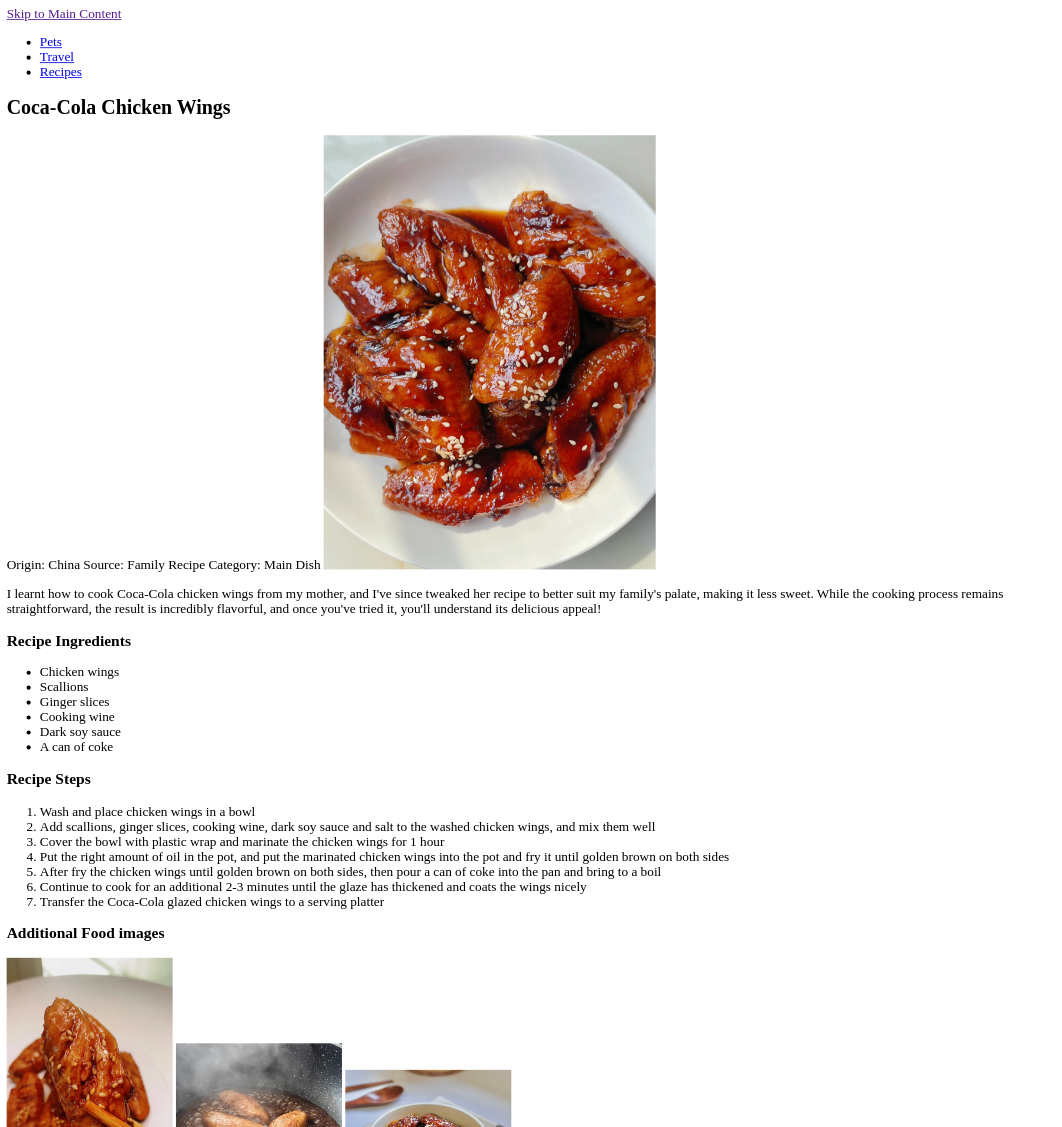
Repository: lulyany/starter_html
Page: recipes.html
The author's editor kept a copy of each file at every save. The page is drawn from the files as they stood at one save, then again after the next save.
The browser window is 1280 px wide. The pictures show the part of the page from y = 0 to 1358 px (the page is 2569 px tall before and 2469 px after), at 83% of full size.
A picture or video elsewhere on the page could not be fetched, so the positions and the page height are approximate.

Above is the page before, as saved 2023-09-16 00:44:30.

After the next save:
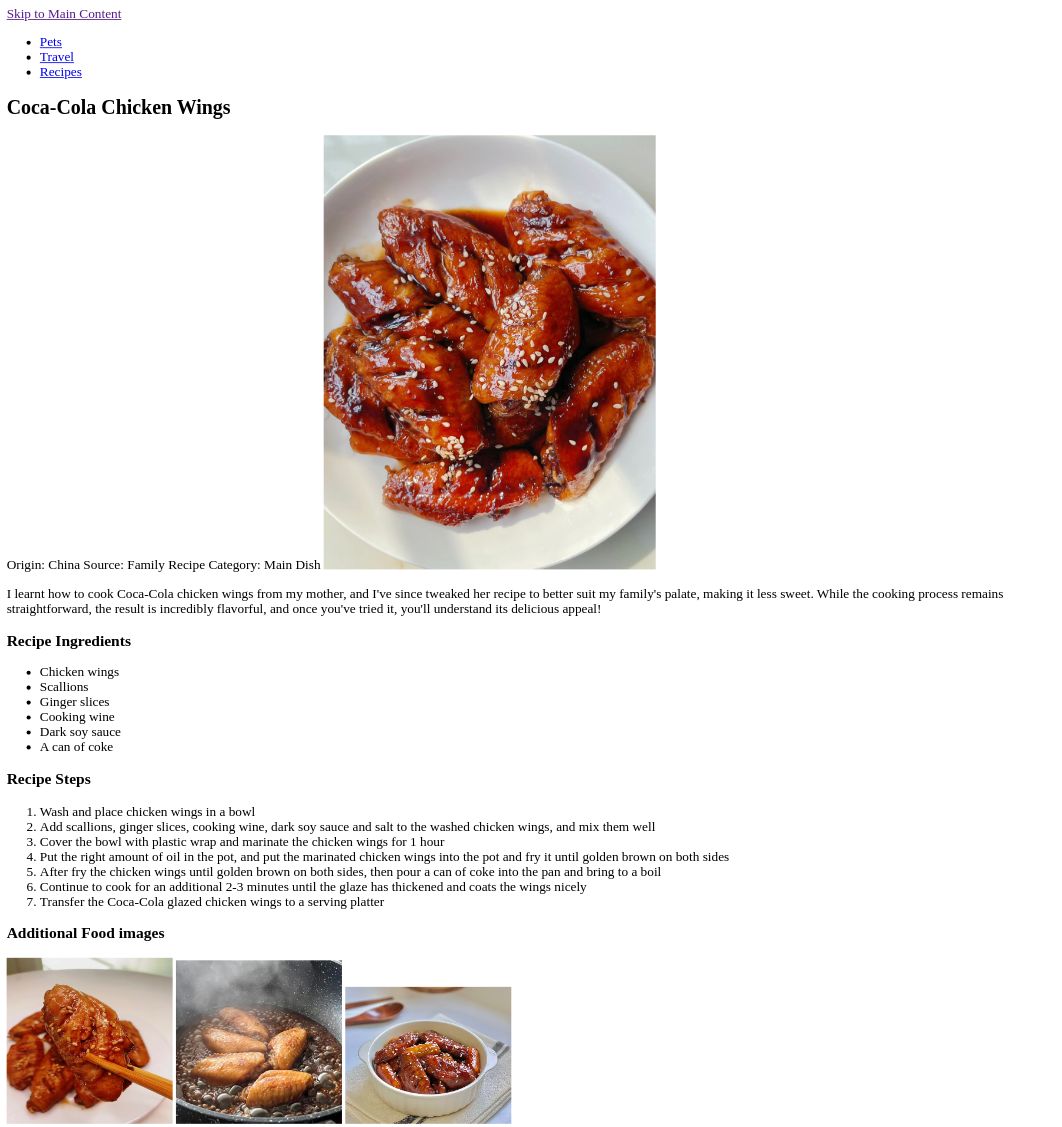
Saved 4 s later.
--- a/recipes.html
+++ b/recipes.html
@@ -54,7 +54,7 @@
             </ol>
 
             <h3>Additional Food images</h3>
-            <img src="images/chicken_wings_chopsticks.jpg" width = "200" height="300" alt="A chicken wing picked up by chopsticks">
+            <img src="images/chicken_wings_chopsticks.jpg" width = "200" height="200" alt="A chicken wing picked up by chopsticks">
             <img src="images/boils_in_coke.jpg" width = "200" alt="Chicken wings boiled in coke">
             <img src="images/chicken-wings_and_rice_cake.jpg" width = "200" alt="Coca-cola chicken wings served with rice cake">
 
